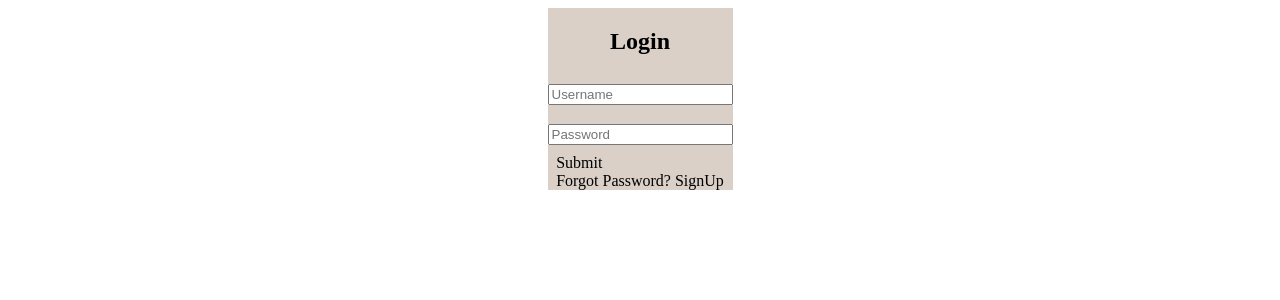
Repository: busra-kayaa/LoginPage
Page: login.html
An editor plug-in stored every save of this project. The page is shown before and after the next save, followed by the edit.
The browser window is 1280 px wide. The pictures show the whole page.

Above is the page before, as saved 2023-12-19 21:46:06.

After the next save:
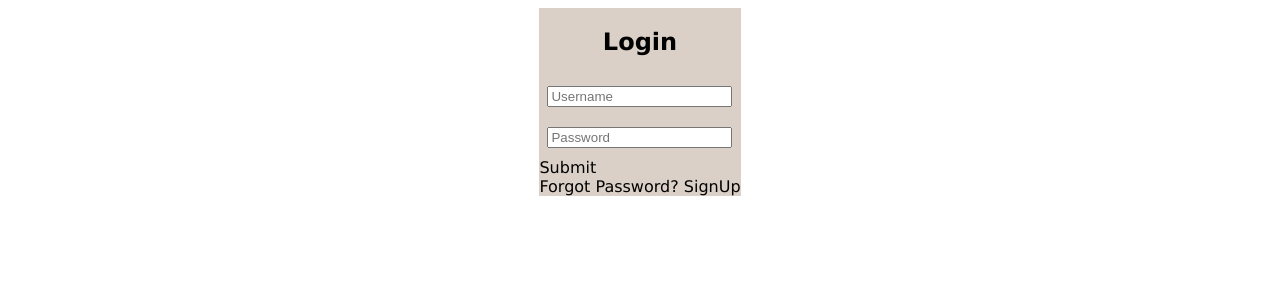
Saved 23 s later.
--- a/style.css
+++ b/style.css
@@ -3,6 +3,8 @@ body {
     display: flex;
     flex-direction: row;
     align-items: center;
+    font-family:'Lucida Sans';
+
 }
 .login-from-container {
     background-color: rgb(218, 208, 200);
@@ -16,4 +18,5 @@ body {
     margin-bottom: 5%;
 }
 .button-group {
+
 }
